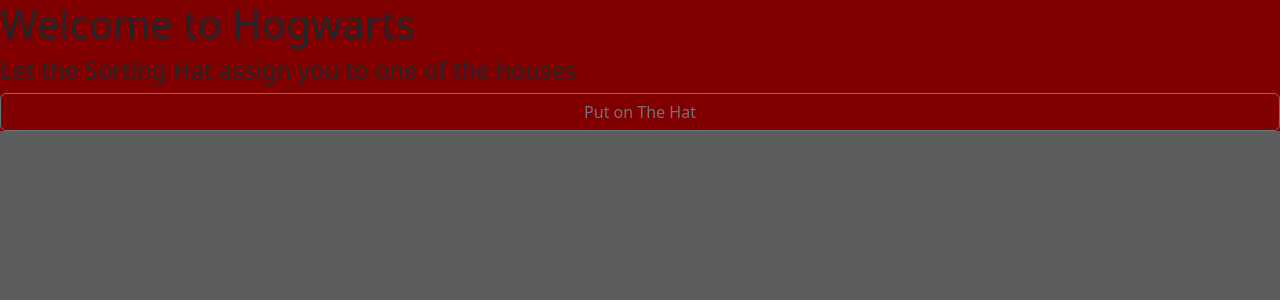
Repository: fernandabenavides618nash/INDIVIDUAL-PROJECT-sorting-hat
Page: index.html
These files come from the project's save history. The page is drawn as it stood at one moment and after the next save; the edit follows.
The browser window is 1280 px wide. The pictures show the whole page.

Above is the page before, as saved 2023-05-04 14:30:41.

### index.html
<!DOCTYPE html>
<html lang="en">
<head>
  <meta charset="UTF-8">
  <meta http-equiv="X-UA-Compatible" content="IE=edge">
  <meta name="viewport" content="width=device-width, initial-scale=1.0">
  <title>sorting hat</title>
  <link href="https://cdn.jsdelivr.net/npm/bootstrap@5.3.0-alpha3/dist/css/bootstrap.min.css" rel="stylesheet"            integrity="sha384-KK94CHFLLe+nY2dmCWGMq91rCGa5gtU4mk92HdvYe+M/SXH301p5ILy+dN9+nJOZ" crossorigin="anonymous">
  <link rel="stylesheet" href="main.css">
</head>
<body>
  <div class="intro" id="intro-screen"></div>
  <div class="form" id="form-div"></div>
  <div class="school" id="school-div"></div>
  <div class="app" id="app"></div>
  <script src="https://cdn.jsdelivr.net/npm/bootstrap@5.3.0-alpha3/dist/js/bootstrap.bundle.min.js" integrity="sha384-ENjdO4Dr2bkBIFxQpeoTz1HIcje39Wm4jDKdf19U8gI4ddQ3GYNS7NTKfAdVQSZe" crossorigin="anonymous"></script>
  <script src="main.js"></script>
</body>
</html>

### main.css
body{
  background-color:#5d5d5d;
}

#intro-screen {
  background-color: maroon;
  display: flex;
  flex-direction: column;
}
#intro-screen h1 {
  display: flex;
}

### main.js
console.log("here");

// Data

const army = [];

const houses = [
  {
    number: 1,
    name: "Gryffindor",
    color: "red",
  },
  {
    number: 2,
    name: "Hufflepuff",
    color: "yellow",
  },
  {
    number: 3,
    name: "Ravenclaw",
    color: "blue",
  },
  {
    number: 4,
    name: "Slytherin",
    color: "green",
  },
];

const voldemort = [
  {
    name: "'Voldemort's Army",
    color: "black",
  },
];

const formHtml = `<div  class="row gy-2 gx-3 align-items-center">
    <div class="col-auto">
      <label class="visually-hidden" for="name">Name</label>
      <input type="text" class="form-control" id="name" placeholder="Jane Doe">
    </div>
      <button id="sort" class="btn btn-primary" >Sort!</button>
    </div>
  </div>`;

const renderToDom = (divId, htmlToRender) => {
  const selectedDivId = document.querySelector(divId); // a variable that stores the desired div (first parameter)
  selectedDivId.innerHTML = htmlToRender; // applies the .innerHTML property to the variable that stores the desired div and results in the htmlToRender (second parameter)
};

const addRenderToDom = (divId, htmlToRender) => {
  const selectedDivId = document.querySelector(divId); // a variable that stores the desired div (first parameter)
  selectedDivId.innerHTML += htmlToRender; // applies the .innerHTML property to the variable that stores the desired div and results in the htmlToRender (second parameter)
};

const start = () => {
  const initialScreen = `<div><h1>Welcome to Hogwarts</h1></div><div><h4>Let the Sorting Hat assign you to one of the houses</h4></div><button type="button" class="btn btn-outline-secondary" id='startButton'>Put on The Hat</button>`;
  renderToDom("#intro-screen", initialScreen);
  const showFormButton = document.querySelector("#startButton");
  showFormButton.addEventListener("click", () => {
    const schoolString = `<div class="students" id="students-div"><h3>Hogwarts</h3></div>
    <div class="expelled" id="expelled-div"><h3>Voldemorts</h3></div>`
    renderToDom('#school-div', schoolString)
    renderToDom("#form-div", formHtml);
    const btnSort = document.querySelector('#sort')
    btnSort.addEventListener('click', () => {
      const name = document.querySelector('#name').value
      createNewStudent(name)
    })

  });
};
start();


const createNewStudent = (name) => {
  const houseNumber = Math.floor(Math.random() * 4)
  console.log(houseNumber)
  let houseName = ""
   houses.forEach(house => {
      if(house.number === houseNumber + 1){
        houseName += house.name
      }

   })
   createStudentCard(name, houseName)

}

const createStudentCard = (name, house) => {
  const domString = `<div class="card w-75">
  <div class="card-body">
    <h5 class="card-title">${name}</h5>
    <p class="card-text">${house}</p>
    <a href="#" class="btn btn-primary" id="btn${name}">Expel</a>
  </div>
</div>`
addRenderToDom('#students-div', domString)
const btn = document.querySelector(`#btn${name}`)
btn.addEventListener('click', () => {

})
}






/*const createNewStudent = () => {
  e.preventDefault();
  const newStudentCard = {
    name: document.querySelector("#name").value,
    house: Math.floor(Math.random() * 4),
    expel: document.querySelector("#expelId"),
  };
  students.push(newStudentCard);
};*/

/*const roster = (array) => {
  let domString = `<div class="card w-75">
  <div class="card-body">
    <h5 class="card-title">${students.name}</h5>
    <p class="card-text">${students.house}</p>
    <a href="#" class="btn btn-primary" id="expelId">Expel</a>
  </div>
</div>`;
};
*/

After the next save:
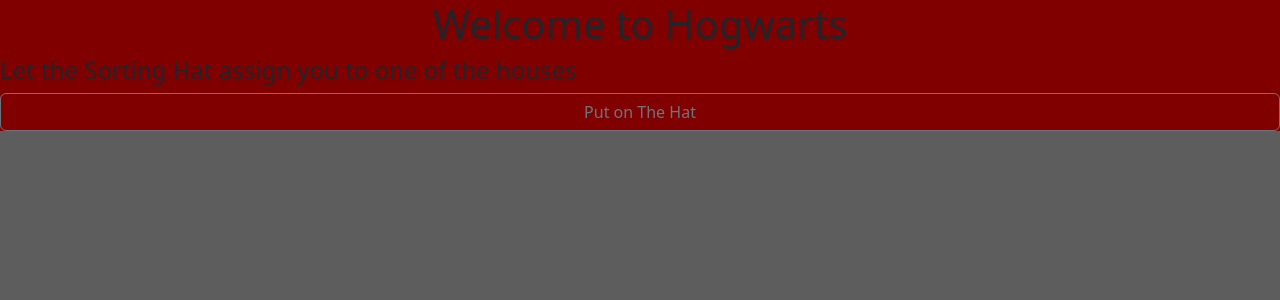
Saved 2 min 1 s later.
--- a/main.css
+++ b/main.css
@@ -7,6 +7,7 @@
   display: flex;
   flex-direction: column;
 }
-#intro-screen h1 {
+.intro h1 {
   display: flex;
+  justify-content: center;
 }
